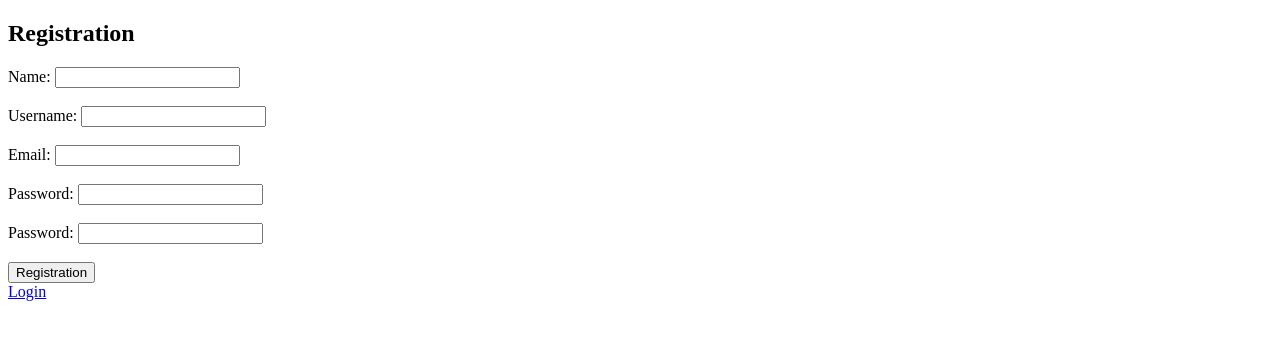
Repository: Acharya-Keerthana/Education
Page: http://localhost/registration.php
These files come from the project's save history. The page is drawn as it stood at one moment and after the next save; the edit follows.
The browser window is 1280 px wide. The pictures show the whole page.
The page is run by PHP 8.4 with error messages shown; the project is at /var/www/html/.

Above is the page before, as saved 2024-04-11 19:45:29.

After the next save:
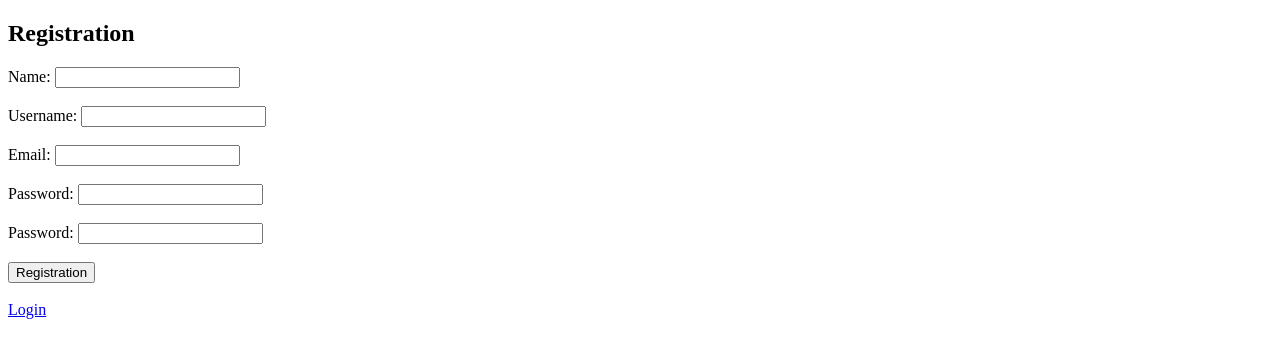
Saved 17 s later.
--- a/reglog/registration.php
+++ b/reglog/registration.php
@@ -44,7 +44,7 @@ if(isset($_POST["submit"])){
     <label for="comfirmpassword">Password:</label>
     <input type="password" name="comfirmpassword" id="comfirmpassword"  required value=""><br><br>
     <button type="submit" name="submit">Registration</button>
-    </form>
+    </form><br>
     <a href="login.php">Login</a>
 </body>
 </html>
